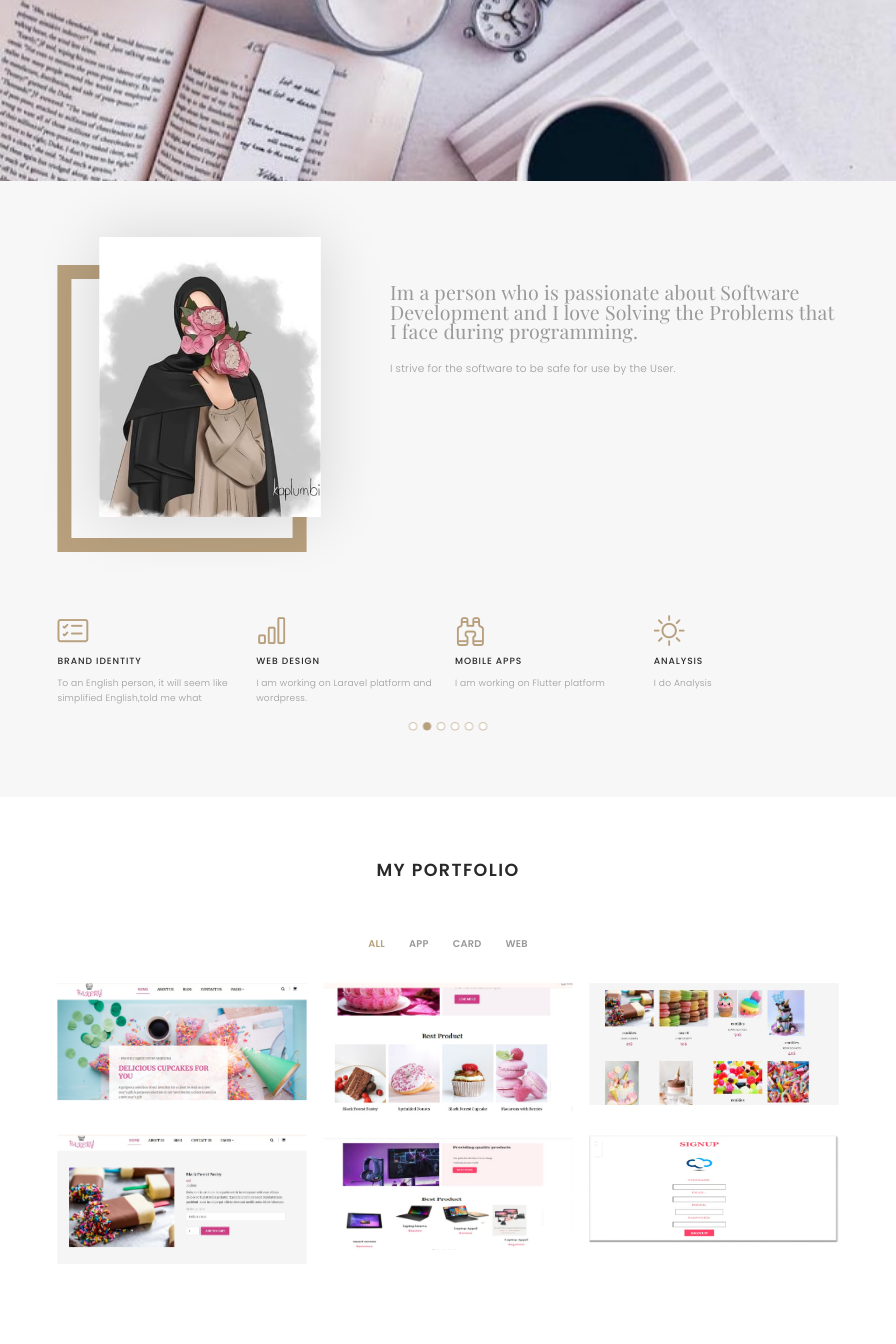
Repository: AlaaBashirSaijary/Library
Page: http://localhost/home
An editor plug-in stored every save of this project. The page is shown before and after the next save, followed by the edit.
The browser window is 1280 px wide. The pictures show the part of the page from y = 462 to 2382 px (the page is 3056 px tall), at 70% of full size.
Some web fonts or font styles are not loaded; a fallback is used. The page is served by the project's Laravel application, run on PHP 8.4 with Laravel 10. Other server files are loaded and not shown.

Above is the page before, as saved 2024-01-06 05:08:37.

### routes/web.php
<?php

use Illuminate\Support\Facades\Route;

/*
|--------------------------------------------------------------------------
| Web Routes
|--------------------------------------------------------------------------
|
| Here is where you can register web routes for your application. These
| routes are loaded by the RouteServiceProvider and all of them will
| be assigned to the "web" middleware group. Make something great!
|
*/

Route::get('/', function () {
    return view('welcome');
});
Route::get('/home', function () {
    return view('pages.home');
});
Route::get('/bloge', function () {
    return view('pages.blog-grid');
});
Route::get('/singgle', function () {
    return view('pages.blog-single');
});

### resources/views/pages/home.blade.php
@extends("master.app")

@section("content")
  <!-- ======= Hero Section ======= -->
  <div id="hero" class="home">

    <div class="container">
      <div class="hero-content">
        <h1>I'm <span class="typed" data-typed-items="Alaa Saijary,Website  Developer ,Website Tester,Mobile App Developer , Freelancer, Writer"></span></h1>
        <p>Website  Developer ,Website Tester,Mobile App Developer , Freelancer, Writer</p>

        <ul class="list-unstyled list-social">
          <li><a href="#"><i class="bi bi-facebook"></i></a></li>
          <li><a href="#"><i class="bi bi-twitter"></i></a></li>
          <li><a href="#"><i class="bi bi-instagram"></i></a></li>
          <li><a href="#"><i class="bi bi-linkedin"></i></a></li>
        </ul>
      </div>
    </div>
  </div><!-- End Hero -->

  <main id="main">

    <!-- ======= About Section ======= -->
    <div id="about" class="paddsection">
      <div class="container">
        <div class="row justify-content-between">

          <div class="col-lg-4 ">
            <div class="div-img-bg">
              <div class="about-img">
                <img src="{{ asset('img/me.jpg') }}" class="img-responsive" alt="me">
              </div>
            </div>
          </div>

          <div class="col-lg-7">
            <div class="about-descr">

              <p class="p-heading">Im a person who is passionate about Software Development and I love Solving the Problems that I face during programming. </p>
              <p class="separator">I strive for the software to be safe for use by the User.</p>

            </div>

          </div>
        </div>
      </div>
    </div><!-- End About Section -->

    <!-- ======= Services Section ======= -->
    <div id="services">
      <div class="container">

        <div class="services-slider swiper" data-aos="fade-up" data-aos-delay="100">
          <div class="swiper-wrapper">

            <div class="swiper-slide">
              <div class="services-block">
                <i class="bi bi-briefcase"></i>
                <span>UI/UX DESIGN</span>
                <p class="separator">To an English person, it will seem like simplified English,told me what </p>
              </div>
            </div><!-- End testimonial item -->

            <div class="swiper-slide">
              <div class="services-block">
                <i class="bi bi-card-checklist"></i>
                <span>BRAND IDENTITY</span>
                <p class="separator">To an English person, it will seem like simplified English,told me what </p>
              </div>
            </div><!-- End testimonial item -->

            <div class="swiper-slide">
              <div class="services-block">
                <i class="bi bi-bar-chart"></i>
                <span>WEB DESIGN</span>
                <p class="separator">I am working on Laravel platform and wordpress.</p>
              </div>
            </div><!-- End testimonial item -->

            <div class="swiper-slide">
              <div class="services-block">
                <i class="bi bi-binoculars"></i>
                <span>MOBILE APPS</span>
                <p class="separator">I am working on Flutter platform </p>
              </div>
            </div><!-- End testimonial item -->

            <div class="swiper-slide">
              <div class="services-block">
                <i class="bi bi-brightness-high"></i>
                <span>Analysis</span>
                <p class="separator">I do  Analysis  </p>
              </div>
            </div><!-- End testimonial item -->

            <div class="swiper-slide">
              <div class="services-block">
                <i class="bi bi-calendar4-week"></i>
                <span>Git</span>
                <p class="separator">I am loading my projects to my account in GitHup </p>
              </div>
            </div><!-- End testimonial item -->

          </div>
          <div class="swiper-pagination"></div>
        </div>

      </div>

    </div><!-- End Services Section -->

    <!-- ======= Portfolio Section ======= -->
    <div id="portfolio" class="paddsection">

      <div class="container">
        <div class="section-title text-center">
          <h2>My Portfolio</h2>
        </div>
      </div>

      <div class="container">

        <div class="row">
          <div class="col-lg-12 d-flex justify-content-center">
            <ul id="portfolio-flters">
              <li data-filter="*" class="filter-active">All</li>
              <li data-filter=".filter-app">App</li>
              <li data-filter=".filter-card">Card</li>
              <li data-filter=".filter-web">Web</li>
            </ul>
          </div>
        </div>

        <div class="row portfolio-container">

          <div class="col-lg-4 col-md-6 portfolio-item filter-app">
            <img src="{{ asset('img/portfolio/portfolio-1.jpg') }}" class="img-fluid" alt="">
            <div class="portfolio-info">
              <h4>App 1</h4>
              <p>App</p>
              <a href="{{ asset('img/portfolio/portfolio-1.jpg') }}" data-gallery="portfolioGallery" class="portfolio-lightbox preview-link" title="App 1"><i class="bx bx-plus"></i></a>
              <a href="portfolio-details.html" class="details-link" title="More Details"><i class="bx bx-link"></i></a>
            </div>
          </div>

          <div class="col-lg-4 col-md-6 portfolio-item filter-web">
            <img src="{{ asset('img/portfolio/portfolio-2.jpg') }}" class="img-fluid" alt="">
            <div class="portfolio-info">
              <h4>Web 3</h4>
              <p>Web</p>
              <a href="{{ asset('img/portfolio/portfolio-2.jpg') }}" data-gallery="portfolioGallery" class="portfolio-lightbox preview-link" title="Web 3"><i class="bx bx-plus"></i></a>
              <a href="portfolio-details.html" class="details-link" title="More Details"><i class="bx bx-link"></i></a>
            </div>
          </div>

          <div class="col-lg-4 col-md-6 portfolio-item filter-app">
            <img src="{{ asset('img/portfolio/portfolio-3.jpg') }}" class="img-fluid" alt="">
            <div class="portfolio-info">
              <h4>App 2</h4>
              <p>App</p>
              <a href="{{ asset('img/portfolio/portfolio-3.jpg') }}" data-gallery="portfolioGallery" class="portfolio-lightbox preview-link" title="App 2"><i class="bx bx-plus"></i></a>
              <a href="portfolio-details.html" class="details-link" title="More Details"><i class="bx bx-link"></i></a>
            </div>
          </div>

          <div class="col-lg-4 col-md-6 portfolio-item filter-card">
            <img src="{{ asset('img/portfolio/portfolio-4.jpg') }}" class="img-fluid" alt="">
            <div class="portfolio-info">
              <h4>Card 2</h4>
              <p>Card</p>
              <a href="{{ asset('img/portfolio/portfolio-4.jpg') }}" data-gallery="portfolioGallery" class="portfolio-lightbox preview-link" title="Card 2"><i class="bx bx-plus"></i></a>
              <a href="portfolio-details.html" class="details-link" title="More Details"><i class="bx bx-link"></i></a>
            </div>
          </div>

          <div class="col-lg-4 col-md-6 portfolio-item filter-web">
            <img src="{{ asset('img/portfolio/portfolio-5.jpg') }}" class="img-fluid" alt="">
            <div class="portfolio-info">
              <h4>Web 2</h4>
              <p>Web</p>
              <a href="{{ asset('img/portfolio/portfolio-5.jpg') }}" data-gallery="portfolioGallery" class="portfolio-lightbox preview-link" title="Web 2"><i class="bx bx-plus"></i></a>
              <a href="portfolio-details.html" class="details-link" title="More Details"><i class="bx bx-link"></i></a>
            </div>
          </div>

          <div class="col-lg-4 col-md-6 portfolio-item filter-app">
            <img src="{{ asset('img/portfolio/portfolio-6.jpg') }}" class="img-fluid" alt="">
            <div class="portfolio-info">
              <h4>App 3</h4>
              <p>App</p>
              <a href="{{ asset('img/portfolio/portfolio-6.jpg') }}" data-gallery="portfolioGallery" class="portfolio-lightbox preview-link" title="App 3"><i class="bx bx-plus"></i></a>
              <a href="portfolio-details.html" class="details-link" title="More Details"><i class="bx bx-link"></i></a>
            </div>
          </div>

        </div>

      </div>

    </div><!-- End Portfolio Section -->



    <!-- ======= Contact Section ======= -->
    <div id="contact" class="paddsection">
      <div class="container">
        <div class="contact-block1">
          <div class="row">

            <div class="col-lg-6">
              <div class="contact-contact">

                <h2 class="mb-30">GET IN TOUCH</h2>

                <ul class="contact-details">
                  <li><span>Aleppo, Syria</span></li>
                  <li><span>+963 982 937 555</span></li>
                  <li><span>seijeryalaa@gmail.com</span></li>
                </ul>

              </div>
            </div>

            <div class="col-lg-6">
              <form action="forms/contact.php" method="post" role="form" class="php-email-form">
                <div class="row gy-3">

                  <div class="col-lg-6">
                    <div class="form-group contact-block1">
                      <input type="text" name="name" class="form-control" id="name" placeholder="Your Name" required>
                    </div>
                  </div>

                  <div class="col-lg-6">
                    <div class="form-group">
                      <input type="email" class="form-control" name="email" id="email" placeholder="Your Email" required>
                    </div>
                  </div>

                  <div class="col-lg-12">
                    <div class="form-group">
                      <input type="text" class="form-control" name="subject" id="subject" placeholder="Subject" required>
                    </div>
                  </div>

                  <div class="col-lg-12">
                    <div class="form-group">
                      <textarea class="form-control" name="message" placeholder="Message" required></textarea>
                    </div>
                  </div>

                  <div class="col-lg-12">
                    <div class="loading">Loading</div>
                    <div class="error-message"></div>
                    <div class="sent-message">Your message has been sent. Thank you!</div>
                  </div>

                  <div class="mt-0">
                    <input type="submit" class="btn btn-defeault btn-send" value="Send message">
                  </div>

                </div>
              </form>
            </div>
          </div>
        </div>
      </div>
    </div><!-- End Contact Section -->

  </main><!-- End #main -->

@endsection

### resources/views/master/app.blade.php
<!DOCTYPE html>
<html lang="en">

<head>
  <meta charset="utf-8">
  <meta content="width=device-width, initial-scale=1.0" name="viewport">

  <title>Alaa Saijary</title>
  <meta content="" name="description">
  <meta content="" name="keywords">

  <!-- Favicons -->
  <link href="{{ asset("img/favicon.png") }}" rel="icon">
  <link href="{{ asset("img/apple-touch-icon.png") }}" rel="apple-touch-icon">

  <!-- Google Fonts -->
  <link href="https://fonts.googleapis.com/css?family=Poppins:300,300i,400,400i,500,500i,600,600i,700,700i|Playfair+Display:400,400i,500,500i,600,600i,700,700i,900,900i" rel="stylesheet">

  <!-- Vendor CSS Files -->
  <link href='{{asset("vendor/bootstrap/css/bootstrap.min.css")  }}' rel="stylesheet">
  <link href='{{asset("vendor/bootstrap-icons/bootstrap-icons.css")  }}' rel="stylesheet">
  <link href='{{asset("vendor/boxicons/css/boxicons.min.css")  }}' rel="stylesheet">
  <link href='{{asset("vendor/glightbox/css/glightbox.min.css")  }}' rel="stylesheet">
  <link href='{{asset("vendor/swiper/swiper-bundle.min.css")  }}' rel="stylesheet">

  <!-- Template Main CSS File -->
  <link href='{{ asset("css/style.css") }}' rel="stylesheet">

  <!-- =======================================================
  * Template Name: Folio
  * Updated: Nov 17 2023 with Bootstrap v5.3.2
  * Template URL: https://bootstrapmade.com/folio-bootstrap-portfolio-template/
  * Author: BootstrapMade.com
  * License: https://bootstrapmade.com/license/
  ======================================================== -->
</head>

<body>


@include("master.header")
@yield("content")
@include("master.footer")


  <a href="#" class="back-to-top d-flex align-items-center justify-content-center"><i class="bi bi-arrow-up-short"></i></a>

  <!-- Vendor JS Files -->
  <script src='{{ asset("vendor/bootstrap/js/bootstrap.bundle.min.js") }}'></script>
  <script src='{{ asset("vendor/glightbox/js/glightbox.min.js") }}'></script>
  <script src='{{ asset("vendor/isotope-layout/isotope.pkgd.min.js") }}'></script>
  <script src='{{ asset("vendor/swiper/swiper-bundle.min.js") }}'></script>
  <script src='{{ asset("vendor/typed.js/typed.umd.js") }}'></script>
  <script src='{{ asset("vendor/php-email-form/validate.js") }}'></script>

  <!-- Template Main JS File -->
  <script src='{{ asset("js/main.js") }}'></script>

</body>

</html>

### resources/views/master/header.blade.php
  <!-- ======= Header ======= -->
  <header id="header" class="fixed-top ">
    <div class="container d-flex align-items-center justify-content-between">

      <a href="index.html" class="logo"><img src="assets/img/logo.png" alt="" class="img-fluid"></a>
      <!-- Uncomment below if you prefer to use an text logo -->
      <!-- <h1 class="logo"><a href="index.html">Folio</a></h1> -->

      <nav id="navbar" class="navbar">
        <ul>
          <li><a class="nav-link scrollto active" href="#hero">Home</a></li>
          <li><a class="nav-link scrollto" href="#about">About</a></li>
          <li><a class="nav-link  scrollto" href="#portfolio">Portfolio</a></li>
          <li><a class="nav-link  scrollto" href="#journal">Blog</a></li>
          {{-- <li class="dropdown"><a href="#"><span>Drop Down</span> <i class="bi bi-chevron-down"></i></a>
            <ul>
              <li><a href="#">Drop Down 1</a></li>
              <li class="dropdown"><a href="#"><span>Deep Drop Down</span> <i class="bi bi-chevron-right"></i></a>
                <ul>
                  <li><a href="#">Deep Drop Down 1</a></li>
                  <li><a href="#">Deep Drop Down 2</a></li>
                  <li><a href="#">Deep Drop Down 3</a></li>
                  <li><a href="#">Deep Drop Down 4</a></li>
                  <li><a href="#">Deep Drop Down 5</a></li>
                </ul>
              </li>
              <li><a href="#">Drop Down 2</a></li>
              <li><a href="#">Drop Down 3</a></li>
              <li><a href="#">Drop Down 4</a></li>
            </ul>
          </li> --}}
          <li><a class="nav-link scrollto" href="#contact">Contact</a></li>
        </ul>
        <i class="bi bi-list mobile-nav-toggle"></i>
      </nav><!-- .navbar -->

    </div>
  </header><!-- End Header -->

### resources/views/master/footer.blade.php
<div id="footer" class="text-center">
    <div class="container">
      <div class="socials-media text-center">

        <ul class="list-unstyled">
          <li><a href="#"><i class="bi bi-facebook"></i></a></li>
          <li><a href="#"><i class="bi bi-twitter"></i></a></li>
          <li><a href="#"><i class="bi bi-instagram"></i></a></li>
          <li><a href="#"><i class="bi bi-linkedin"></i></a></li>
        </ul>

      </div>



      <div class="credits">
        <!--
        All the links in the footer should remain intact.
        You can delete the links only if you purchased the pro version.
        Licensing information: https://bootstrapmade.com/license/
        Purchase the pro version with working PHP/AJAX contact form: https://bootstrapmade.com/buy/?theme=Folio
      -->


    </div>
  </div><!-- End Footer -->

Loaded but not shown: public/js/main.js (263 lines, source omitted); public/css/style.css (1546 lines, source omitted)

After the next save:
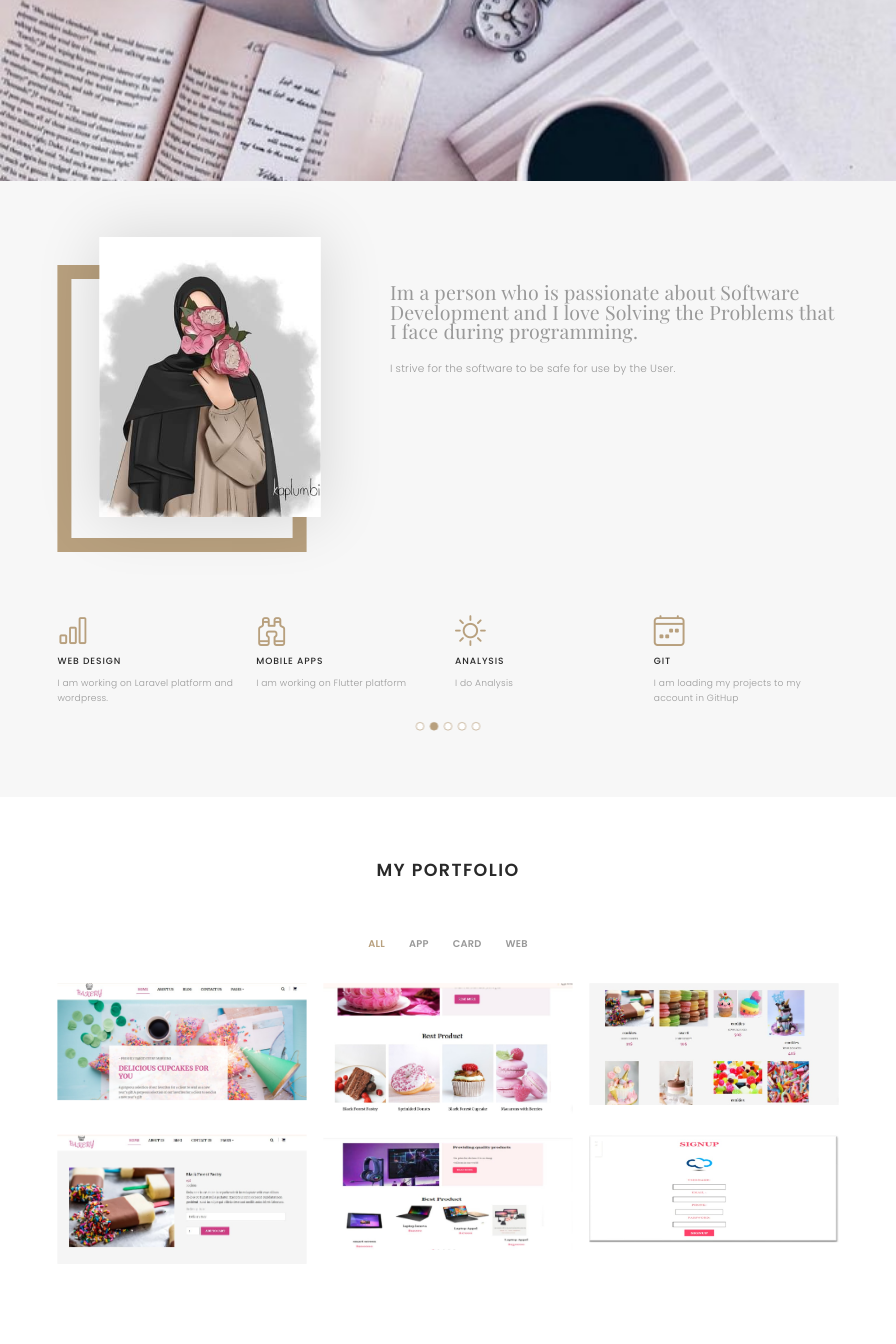
Saved 31 s later.
--- a/resources/views/pages/home.blade.php
+++ b/resources/views/pages/home.blade.php
@@ -62,13 +62,7 @@
               </div>
             </div><!-- End testimonial item -->
 
-            <div class="swiper-slide">
-              <div class="services-block">
-                <i class="bi bi-card-checklist"></i>
-                <span>BRAND IDENTITY</span>
-                <p class="separator">To an English person, it will seem like simplified English,told me what </p>
-              </div>
-            </div><!-- End testimonial item -->
+
 
             <div class="swiper-slide">
               <div class="services-block">
